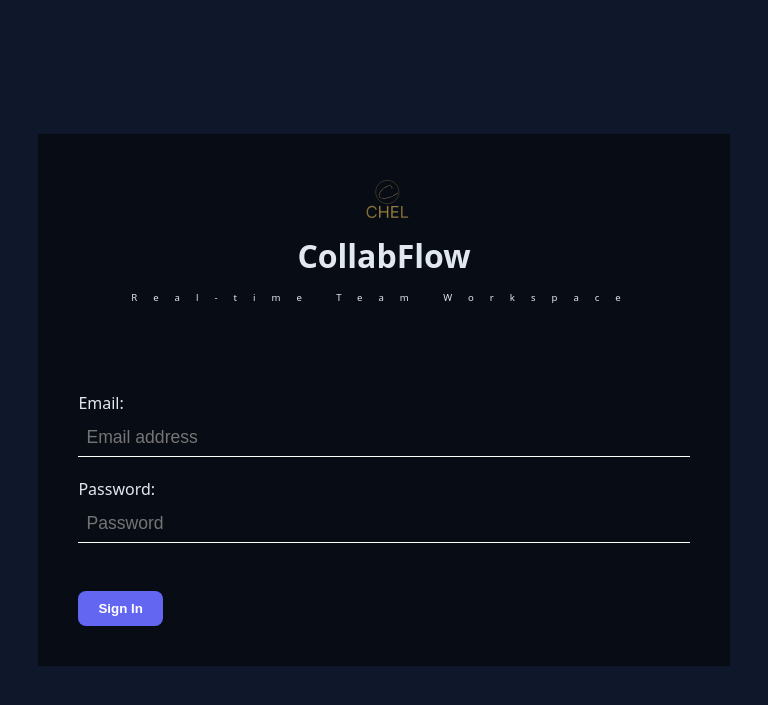
Repository: Lovethrech/collabflow
Page: /
An editor plug-in stored every save of this project. The page is shown before and after the next save, followed by the edit.
The browser window is 768 px wide. The pictures show the whole page.
The project was rebuilt for these pictures with package versions that can differ from the ones it lists, and the page was loaded fresh each time. The framework's server and built-in components were replaced by stand-ins that run in the browser. Also part of the build but not shown: nuxt.config.ts.

Above is the page before, as saved 2026-05-20 19:55:19.

After the next save:
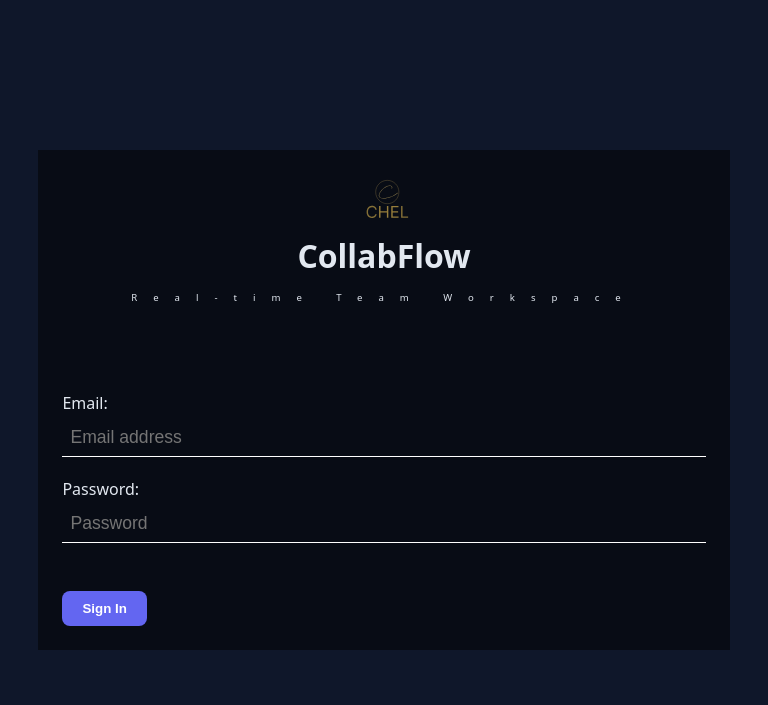
Saved 14 s later.
--- a/app/pages/index.vue
+++ b/app/pages/index.vue
@@ -87,7 +87,7 @@
 @media screen and (max-width: 950px){
     .auth-card{
         width: 90%;
-        padding: 5vh;
+        padding: 3vh;
     }
     .auth-title-ctn{
         flex-direction: column;
